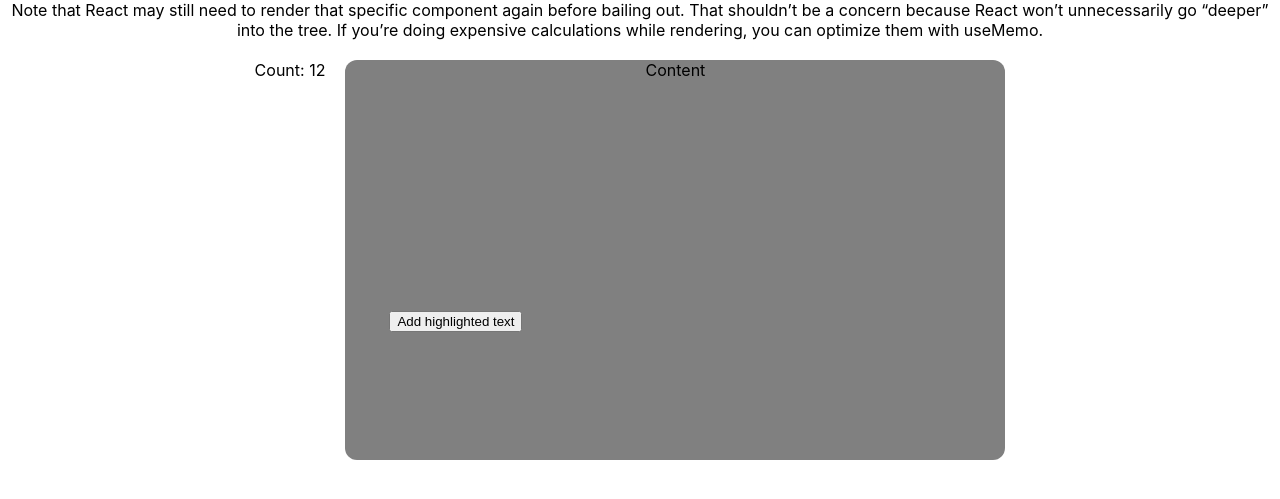
Repository: Farbod29/React-text-highlighter-with-hook-
Page: /
These files come from the project's save history. The page is drawn as it stood at one moment and after the next save; the edit follows.
The browser window is 1280 px wide. The pictures show the whole page.
The project was rebuilt for these pictures with package versions that can differ from the ones it lists, and the page was loaded fresh each time.

Above is the page before, as saved 2022-02-18 21:29:43.

### src/App.js
import './App.css';
import Highlighter from './highlighter';
function App() {
  return (
    <div className="App">
      <Highlighter />
    </div>
  );
}

export default App;

### src/highlighter.js
import React, { useEffect, useState } from 'react';

export default function Highlighter() {
  let doit = () => {
    document.onmouseup = () => {
      console.log(window.getSelection().toString());
    };
  };
  const [count, setCount] = useState(12);
  return (
    <>
      <div>
        {' '}
        Note that React may still need to render that specific component again
        before bailing out. That shouldn’t be a concern because React won’t
        unnecessarily go “deeper” into the tree. If you’re doing expensive
        calculations while rendering, you can optimize them with useMemo.
      </div>
      Count: {count}
      {/* <button onClick={() => setCount((prevCount) => prevCount - 1)}>-</button> */}
      <div
        style={{
          padding: '0px 10px',
          height: '400px',
          width: '50vw',
          margin: '20px',
          borderRadius: '12px',
          backgroundColor: 'gray',
          inline: true,
          fontColor: 'red',
          display: 'inline-block',
          textAlign: 'center',
          position: 'relative',
        }}
      >
        Content
        <div style={{ position: 'absolute', bottom: '10vw', left: '44px' }}>
          <button onClick={() => setCount(12)}> Add highlighted text </button>
        </div>
      </div>
      {doit()}
    </>
  );
}

Loaded but not shown: public/index.html (common file); src/index.js (common file); src/index.css (common file); src/reportWebVitals.js (common file); src/App.css (common file)

After the next save:
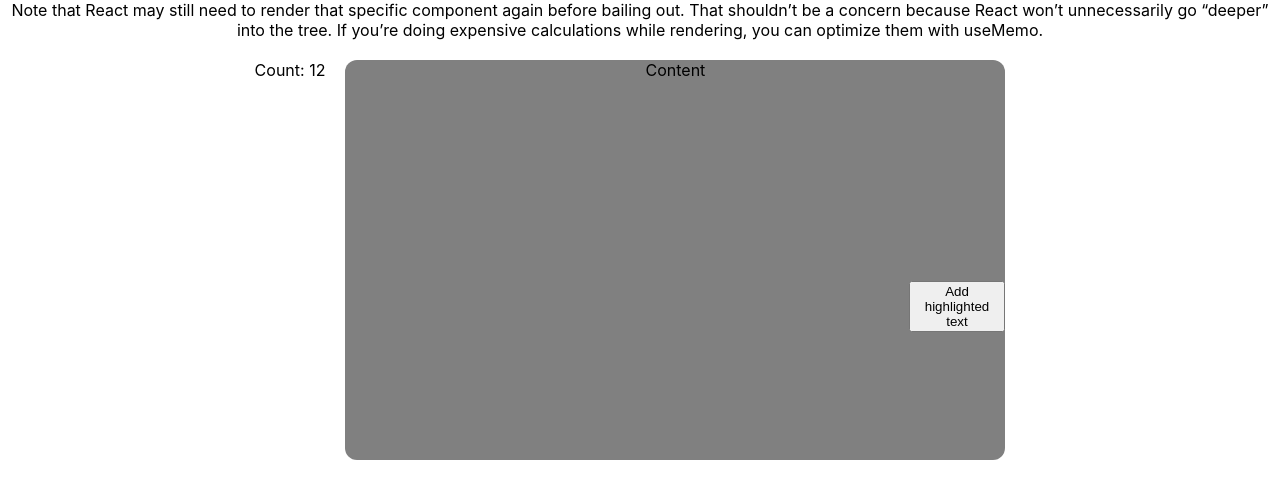
Saved 10 s later.
--- a/src/highlighter.js
+++ b/src/highlighter.js
@@ -34,7 +34,7 @@ export default function Highlighter() {
         }}
       >
         Content
-        <div style={{ position: 'absolute', bottom: '10vw', left: '44px' }}>
+        <div style={{ position: 'absolute', bottom: '10vw', left: '44vw' }}>
           <button onClick={() => setCount(12)}> Add highlighted text </button>
         </div>
       </div>
